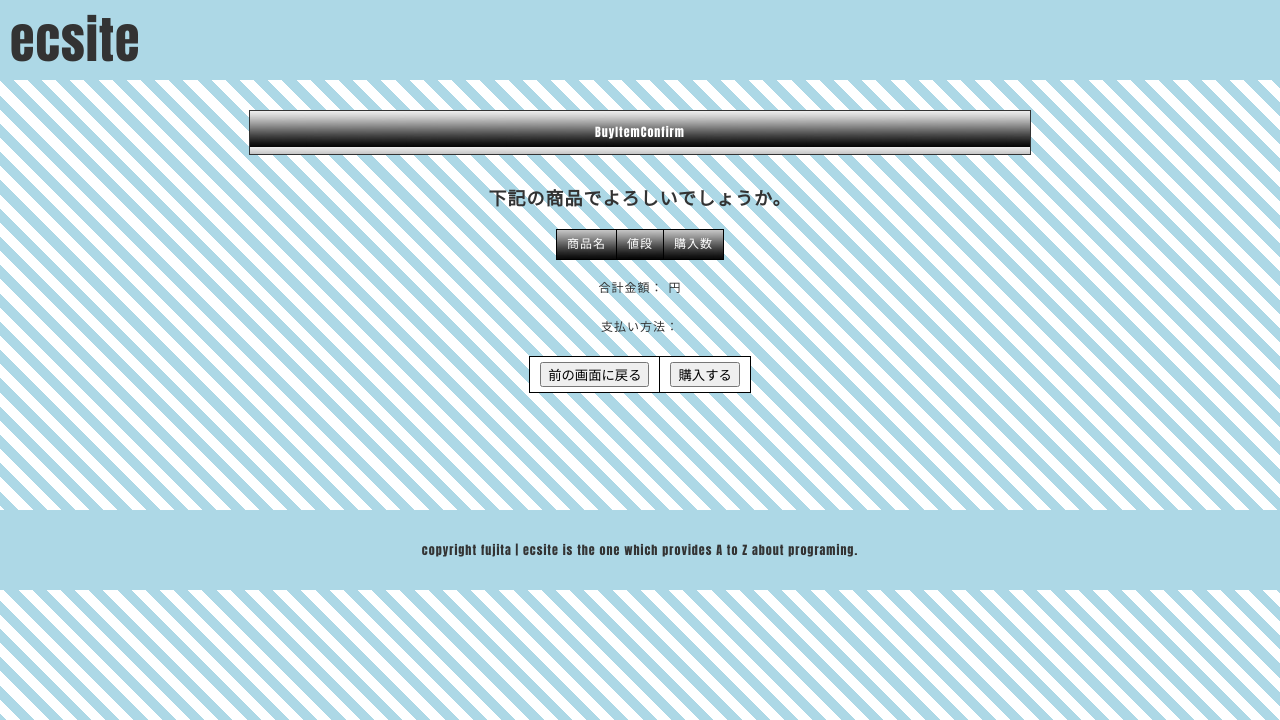
Repository: ryousukefujita-0423/test
Page: http://localhost/ecsite/buyItemConfirm.jsp
An editor plug-in stored every save of this project. The page is shown before and after the next save, followed by the edit.
The browser window is 1280 px wide. The pictures show the whole page.
Some web libraries are served in a nearby version. The page is served by Tomcat 9.

Above is the page before, as saved 2019-03-22 05:53:05.

After the next save:
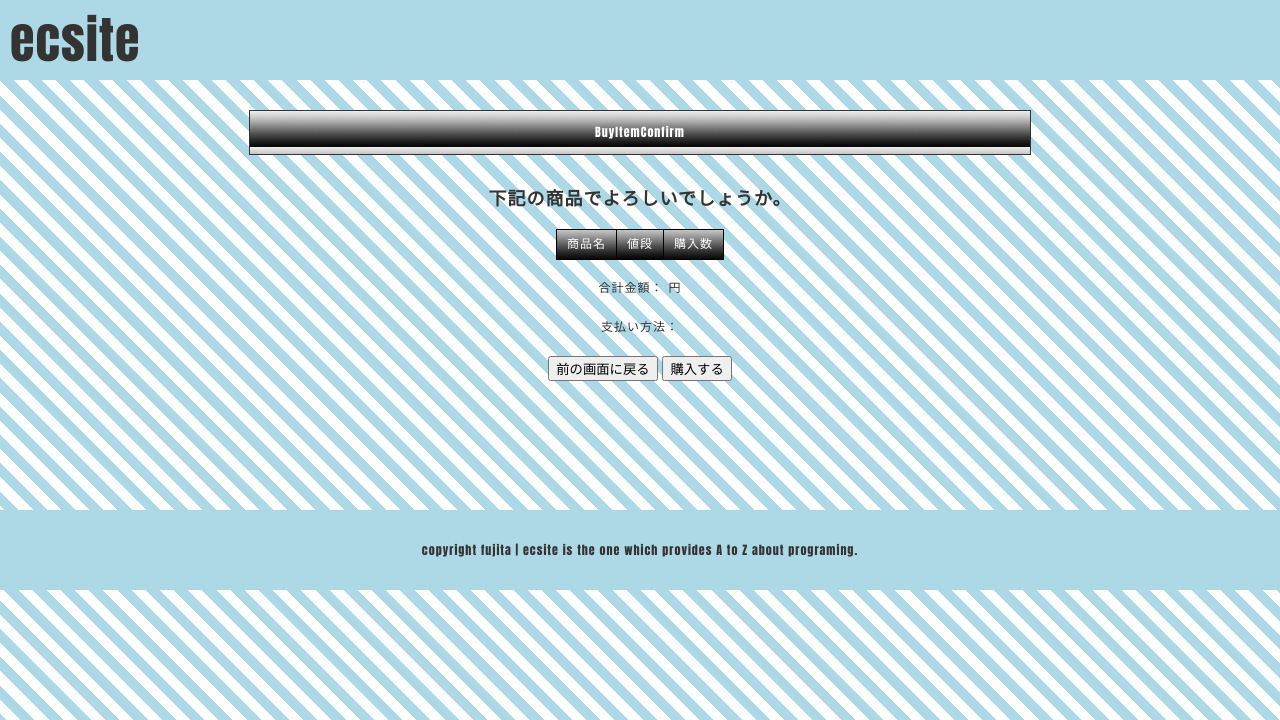
Saved 39 s later.
--- a/ecsite/WebContent/buyItemConfirm.jsp
+++ b/ecsite/WebContent/buyItemConfirm.jsp
@@ -61,14 +61,11 @@
 					<s:property value="session.pay" />
 				</div>
 				<br>
-				<table>
-					<tr>
-						<td><input type="button" value="前の画面に戻る"
-							onclick="submitAction('MyCartAction')" /></td>
-						<td><input type="button" value="購入する"
-							onclick="submitAction('BuyItemConfirmAction')" /></td>
-					</tr>
-				</table>
+				<div>
+					<input type="button" value="前の画面に戻る"
+						onclick="submitAction('MyCartAction')" /> <input type="button"
+						value="購入する" onclick="submitAction('BuyItemConfirmAction')" />
+				</div>
 			</s:form>
 		</div>
 	</div>
